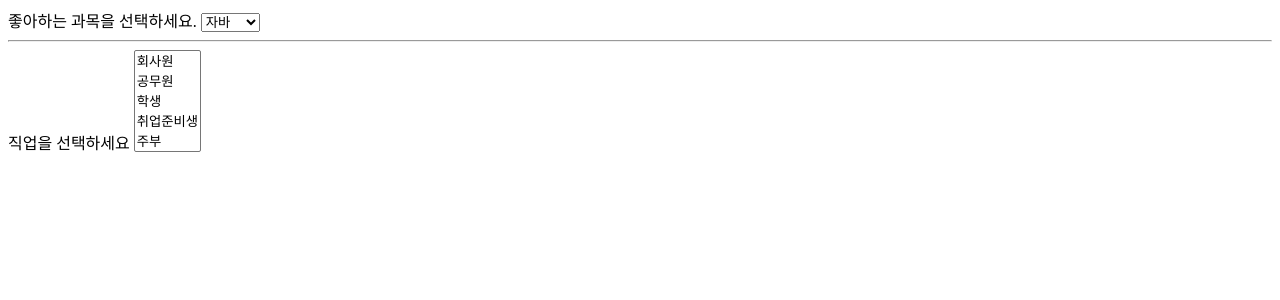
Repository: Jin0207/html_css
Page: day1130/src/main/webapp/selectTest.html
These files come from the project's save history. The page is drawn as it stood at one moment and after the next save; the edit follows.
The browser window is 1280 px wide. The pictures show the whole page.

Above is the page before, as saved 2021-11-30 05:11:26.

After the next save:
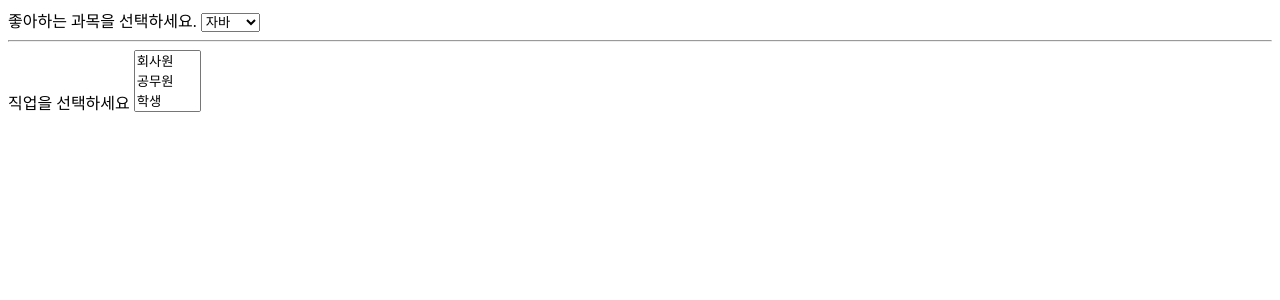
Saved 57 s later.
--- a/day1130/src/main/webapp/selectTest.html
+++ b/day1130/src/main/webapp/selectTest.html
@@ -16,7 +16,7 @@
 		</select>
 		<hr>
 		직업을 선택하세요
-		<select name="job" size="5">
+		<select name="job" size="3">
 			<option vakue="회사원">회사원</option>
 			<option vakue="공무원">공무원</option>
 			<option vakue="학생">학생</option>
